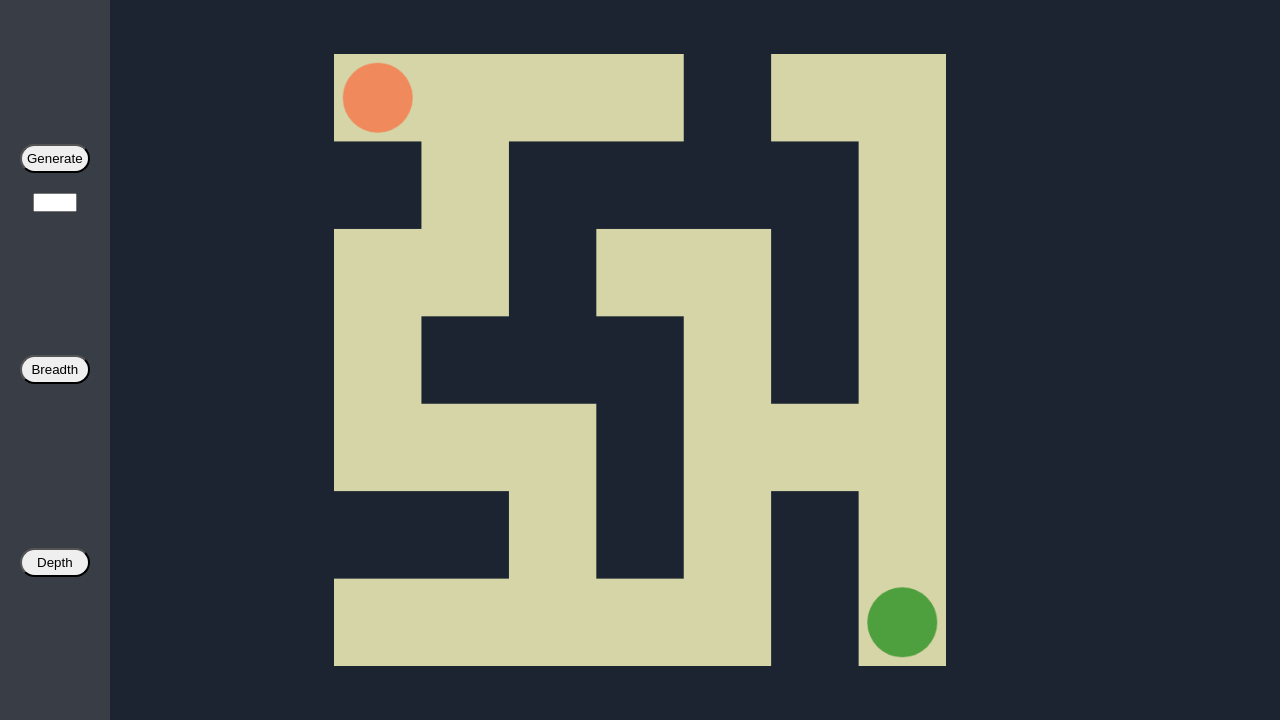
Repository: 2Friendly4You/advanced-maze-solver
Page: index.html
The author's editor kept a copy of each file at every save. The page is drawn from the files as they stood at one save, then again after the next save.
The browser window is 1280 px wide. The pictures show the whole page.

Above is the page before, as saved 2022-09-20 14:24:08.

### index.html
<!DOCTYPE html>
<html lang="en">
<head>
    <meta charset="UTF-8">
    <meta http-equiv="X-UA-Compatible" content="IE=edge">
    <meta name="viewport" content="width=device-width, initial-scale=1.0">
    <title>Search Algorithms</title>
    <link rel="icon" type="image/x-icon" href=/images/favicon.ico">
    <link rel="stylesheet" href="styles.css">
    <script src="script.js" defer></script>
</head>
<body>
    <div class="buttonContainer">
        <div class="generateContainer">
            <button id="generateButton">Generate</button>
            <input id="generateInput">
        </div>
        <button id="breadthButton">Breadth</button>
        <button id="depthButton">Depth</button>
    </div>

    <canvas width="700" height="700"></canvas>
</body>
</html>

### styles.css
* {
    margin: 0;
    padding: 0;
}

body {
    background-color: #1B2430;
    width: 100%;
    height: 100%;
    display: flex;
    justify-items: center;
    align-items: center;
}

canvas {
    background-color: #1B2430;
    position: absolute;
    height: 85vmin;
    aspect-ratio: 1 / 1;
    resize: none;

    top: 50%;
    left: 50%;
    transform: translate(-50%, -50%);
}

.buttonContainer {
    background-color: #393E46;
    display: flex;
    flex-direction: column;
    justify-content: space-evenly;
    height: 100vh;
}

.generateContainer {
    display: flex;
    flex-direction: column;
    justify-content: space-evenly;
    align-items: center;
}

#generateInput {
    width: 40px;
}

button {
    margin: 20px;
    border-radius: 20px;
    padding: 5px;
}

### script.js
// TODO low priority - change drawing so that only changed elements are redrawn
const EMPTY_COLOR = "#D6D5A8";
const WALL_COLOR = "#1B2430";
const VISITED_COLOR = "gray";
const PATH_COLOR = "#FF2E63"
const START_COLOR = "#F08A5D"
const END_COLOR = "#4E9F3D"

function Maze(canvas, ctx) {
    this.canvas = canvas
    this.ctx = ctx;
}

Maze.prototype = {

    setProperties(grid, start, end) {
        this.grid = grid;
        this.start = start;
        this.end = end;
        this.width = this.canvas.width / this.grid[0].length;
        this.height = this.canvas.height / this.grid.length;
    },

    draw(visited) {
        for(let r = 0; r < this.grid.length; ++r) {
            for(let c = 0; c < this.grid[0].length; ++c) {
                this.ctx.beginPath();
                this.ctx.fillStyle = EMPTY_COLOR;
                if(this.grid[r][c] == 1) {
                    this.ctx.fillStyle = WALL_COLOR;
                }
                if(typeof visited !== 'undefined' && visited.has([r, c].toString())) {
                    this.ctx.fillStyle = VISITED_COLOR;
                }
                this.ctx.fillRect(c * this.width, r * this.height, this.width, this.height);
            }
        }
        this.drawStartAndEnd();
    },

    drawStartAndEnd() {
        const drawCircle = (tile, color) => {
            this.ctx.beginPath();
            this.ctx.arc(tile[1] * this.width + this.width / 2, tile[0] * this.height + this.height / 2, this.width / 2.5, 0, Math.PI * 2);
            this.ctx.fillStyle = color;
            this.ctx.fill();
        }
        drawCircle(this.start, START_COLOR);
        drawCircle(this.end, END_COLOR);
    },

    drawPath(path) {
        for(const tile of path) {
            let [r, c] = tile;
            this.ctx.fillStyle = PATH_COLOR;
            this.ctx.fillRect(c * this.width, r * this.height, this.width, this.height);
        }
        this.drawStartAndEnd();
    },

    checkMovable(curr) {
        let [r, c] = curr;
        return 0 <= r && r < this.grid.length &&
               0 <= c && c < this.grid[0].length &&
               this.grid[r][c] == 0;
    },

    getAdjs(tile) {
        let [r, c] = tile;
        let possAdjs = [[r - 1, c], [r, c + 1], [r + 1, c], [r, c - 1]];
        return possAdjs.filter((possAdj) => this.checkMovable(possAdj));
    },

    getGenerationAdjs(curr) {
        let [r, c] = curr;
        let possPairs = [
            [[r - 1, c], [r - 2, c]],
            [[r, c + 1], [r, c + 2]],
            [[r + 1, c], [r + 2, c]],
            [[r, c - 1], [r, c - 2]]
        ];
        possPairs = possPairs.filter((possPair) => this.checkMovable(possPair[1]))

        const shuffle = (arr) => {
            for (let i = arr.length - 1; i > 0; i--) {
                const j = Math.floor(Math.random() * (i + 1));
                [arr[i], arr[j]] = [arr[j], arr[i]];
            }
        }
        shuffle(possPairs);
        return possPairs;
    },

    search(type, delay) {
        console.assert(type === "depth" || type === "breadth");
        let deque = [[this.start]];
        let visited = new Set();
        const searchStep = (deque, visited, type, delay) => {
            if(deque.length == 0) {
                return;
            }
            let path;
            if(type === "depth") {
                path = deque.pop();
            }
            else {
                path = deque.shift();
            }
            let curr = path[path.length - 1];
            if(visited.has(curr.toString())) {
                return searchStep(deque, visited, type, delay);
            }
            visited.add(curr.toString());
            this.draw(visited);

            if(arrayEquals(curr, this.end)) {
                this.drawPath(path);
                return path;
            }
            //TODO maybe reverse for depth or breadth
            for(const adj of this.getAdjs(curr)) {
                deque.push([...path, adj]);
            }
            setTimeout(() => searchStep(deque, visited, type, delay), delay);
        }
        searchStep(deque, visited, type, delay);
    },

    generate(size, delay) {
        this.setProperties(...prepareMaze(size));
        let genStart = generateRandomEvenCoord(this.grid.length);
        let stack = [[genStart, genStart]];
        let visited = new Set();
        const generateStep = (stack, visited, delay) => {
            if(stack.length == 0) {
                return "Done generating";
            }
            let [wall, curr] = stack.pop();
            if(visited.has(curr.toString())) {
                return generateStep(stack, visited, delay);;
            }
            // console.log(`visiting ${curr}`)
            visited.add(curr.toString());
            this.grid[wall[0]][wall[1]] = 0;
            this.draw();
            for(const pair of this.getGenerationAdjs(curr)) {
                stack.push(pair);
            }
            setTimeout(() => generateStep(stack, visited, delay), delay)
        }
        return generateStep(stack, visited, delay);
    },

    click(x, y) {
        // canvasSize = this.canvas.style.width;
        // console.log(`width: ${this.width} height:  ${this.height}`)
        console.log("x: " + x + " y: " + y);

        let row = Math.floor(y / parseFloat(getComputedStyle(this.canvas).height) * this.grid.length);
        let col = Math.floor(x / parseFloat(getComputedStyle(this.canvas).width) * this.grid.length);
        console.log(`row: ${row} col: ${col}`);

        this.grid[row][col] = 1;
        this.draw();
    }
}

function generateRandomEvenCoord(size) {
    const generateRandomEvenNumber = (max) => Math.floor(Math.random() * Math.floor(size/2)) * 2;
    let r = generateRandomEvenNumber(size);
    let c = generateRandomEvenNumber(size);
    return [r, c];
}

function prepareMaze(size) {
    console.assert(size % 2 === 1);
    let grid = [];
    for(let r = 0; r < size; r++) {
        let row = [];
        for(let c = 0; c < size; c++) {
            if(r % 2 === 0 && c % 2 === 0) {
                row.push(0);
            }
            else {
                row.push(1);
            }
        }
        grid.push(row);
    }
    let start = generateRandomEvenCoord(size);
    let end = generateRandomEvenCoord(size);
    return [grid, start, end];
}

function arrayEquals(a, b) {
    return Array.isArray(a) &&
      Array.isArray(b) &&
      a.length === b.length &&
      a.every((val, index) => val === b[index]);
}

function arrayContainsSubarray(bigArr, smallArr) {
    return bigArr.some((subarr) => (arrayEquals(smallArr, subarr)))
}

function main() {
    let canvas = document.querySelector("canvas");
    let ctx = canvas.getContext("2d");

    let generateButton = document.getElementById("generateButton");
    let breadthButton = document.getElementById("breadthButton");
    let depthButton = document.getElementById("depthButton");

    let size = 25;
    // let [grid, start, end] = prepareMaze(size);

    let maze = new Maze(canvas, ctx);
    let grid = [
        [0, 0, 0, 0, 1, 0, 0],
        [1, 0, 1, 1, 1, 1, 0],
        [0, 0, 1, 0, 0, 1, 0],
        [0, 1, 1, 1, 0, 1, 0],
        [0, 0, 0, 1, 0, 0, 0],
        [1, 1, 0, 1, 0, 1, 0],
        [0, 0, 0, 0, 0, 1, 0],
    ];
    let start = [0, 0];
    let end = [6, 6];
    maze.setProperties(grid, start, end);
    maze.draw();

    breadthButton.addEventListener("click", () => maze.search("breadth", 50));
    depthButton.addEventListener("click", () => maze.search("depth", 50));
    generateButton.addEventListener("click", () => maze.generate(
        document.getElementById("searchTxt").value
        , 50));

    // let mouseDown = false;
    // document.addEventListener("mousedown", () => mouseDown = true);
    // document.addEventListener("mouseup", () => mouseDown = false);
    canvas.addEventListener("mousedown", (e) => {
        const rect = canvas.getBoundingClientRect();
        const x = e.clientX - rect.left;
        const y = e.clientY - rect.top;
        maze.click(x, y);
    });
}

main();

After the next save:
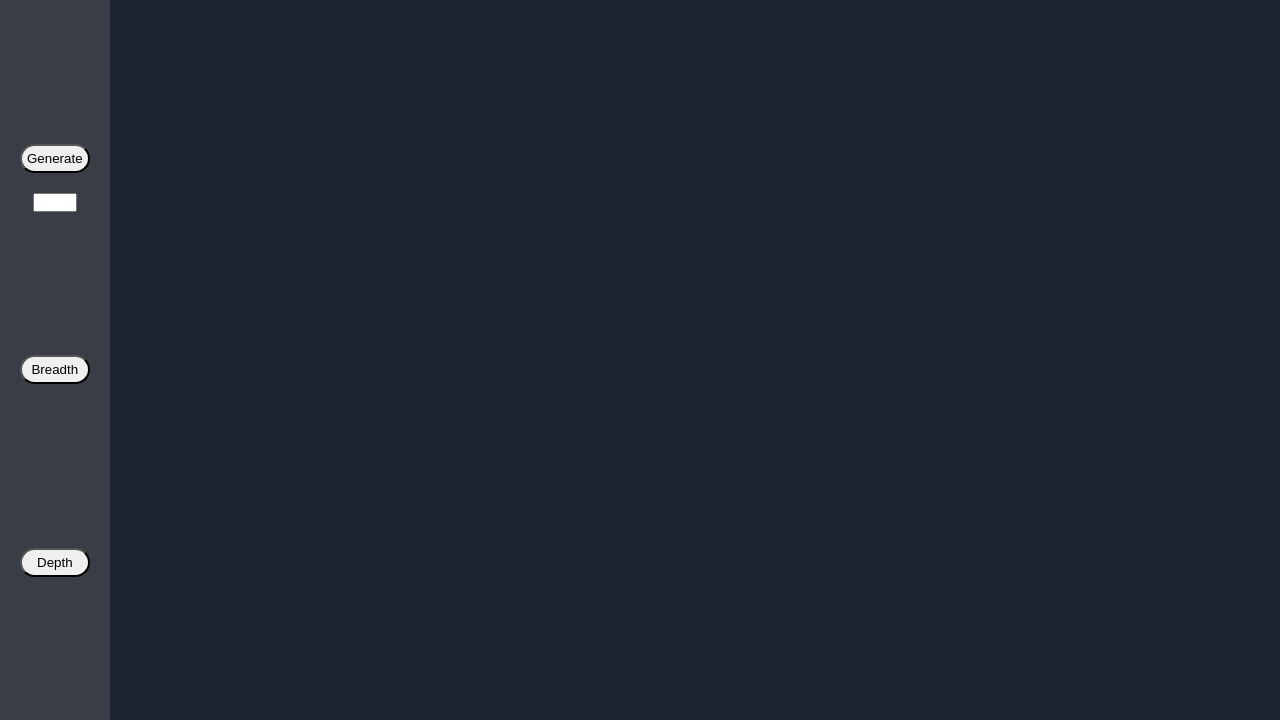
Console error: SyntaxError: Unexpected token ')'
Saved 14 s later.
--- a/script.js
+++ b/script.js
@@ -231,9 +231,10 @@
 
     breadthButton.addEventListener("click", () => maze.search("breadth", 50));
     depthButton.addEventListener("click", () => maze.search("depth", 50));
-    generateButton.addEventListener("click", () => maze.generate(
-        document.getElementById("searchTxt").value
-        , 50));
+    generateButton.addEventListener("click", () => {
+        maze.generate(
+        document.getElementById("searchTxt").value, 50))
+    };
 
     // let mouseDown = false;
     // document.addEventListener("mousedown", () => mouseDown = true);

After the 3 saves that followed:
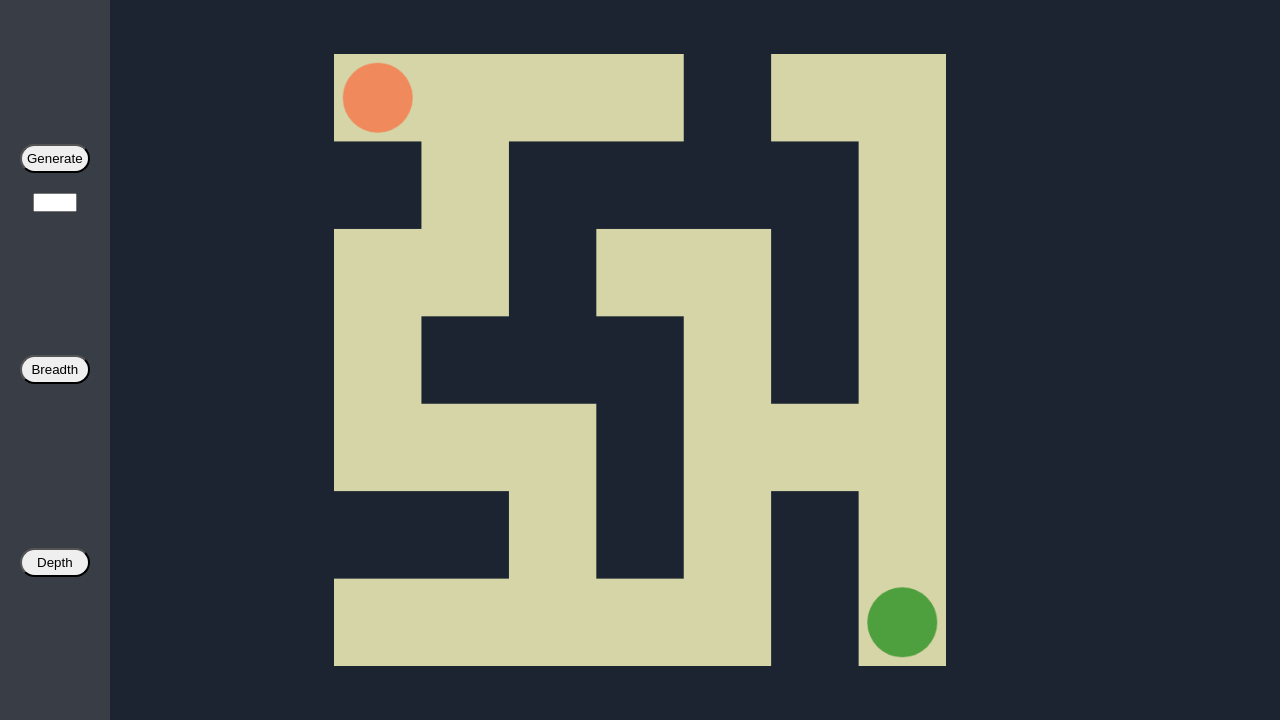
The error is gone.
The 3 saves are shown as one change because 2 left the picture as it was.
The last was saved 68 s later.
--- a/script.js
+++ b/script.js
@@ -232,9 +232,9 @@
     breadthButton.addEventListener("click", () => maze.search("breadth", 50));
     depthButton.addEventListener("click", () => maze.search("depth", 50));
     generateButton.addEventListener("click", () => {
-        maze.generate(
-        document.getElementById("searchTxt").value, 50))
-    };
+        maze.generate(Number(document.getElementById("generateInput").value), 50)
+    });
+
 
     // let mouseDown = false;
     // document.addEventListener("mousedown", () => mouseDown = true);
